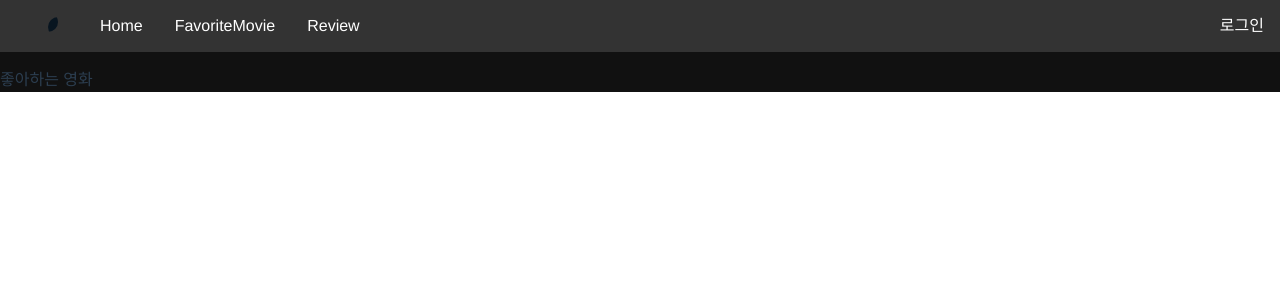
Repository: chomyoenggeun/linkedmovie
Page: /favorite-movie (app in front/)
An editor plug-in stored every save of this project. The page is shown before and after the next save, followed by the edit.
The browser window is 1280 px wide. The pictures show the whole page.
The project was rebuilt for these pictures with package versions that can differ from the ones it lists, and the page was loaded fresh each time. Also part of the build but not shown: front/vue.config.js, front/src/components/MovieCard.vue, front/src/views/Home.vue, front/src/views/accounts/Account.vue, front/src/views/accounts/Login.vue, front/src/views/accounts/Signup.vue, front/src/views/Mypage.vue, front/src/components/DmovieReviewItem.vue and 9 more.

Above is the page before, as saved 2021-11-24 05:42:21.

### front/src/main.js
import Vue from 'vue'
import App from './App.vue'
import router from './router'
import store from './store'
import vuetify from './plugins/vuetify'
import BootstrapVue from 'bootstrap-vue'
import 'bootstrap/dist/css/bootstrap.min.css'
import 'bootstrap-vue/dist/bootstrap-vue.css'

Vue.use(BootstrapVue)
Vue.config.productionTip = false

new Vue({
  router,
  store,
  vuetify,
  render: h => h(App)
}).$mount('#app')

### front/src/App.vue
<template>
  <div id="app">
    <ul class="horizontal">
      <li><router-link class="active" to="/home"><img class="size" :src="require('@/assets/sample.svg')" alt=""></router-link></li>
      <li><router-link class="active" to="/home">Home</router-link></li>
      <li><router-link class="active" to="/favorite-movie">FavoriteMovie</router-link></li>
      <li><router-link class="active" to="/review">Review</router-link></li>
      <li v-if="isLogin" class="rightli" style="float:right"><router-link class="menubt_right" to="/mypage"
      >Mypage</router-link></li>
      <li v-else class="rightli" style="float:right"><router-link class="menubt_right" to="/account"
      >로그인</router-link></li>
    </ul>

    <router-view
    @login="isLogin=true"/>
  </div>
</template>

<script>
export default {
  name : 'App',
    data: function(){
    return {
      isLogin: false,
    }
  },
  created : function(){
    const token = localStorage.getItem('jwt')
    if(token){
      this.isLogin = true
    }
  },
  methods : {
    checkLogin: function(loginState){
      this.isLogin = loginState
    }
  }

}
</script>

<style>
#app {
  font-family: Avenir, Helvetica, Arial, sans-serif;
  -webkit-font-smoothing: antialiased;
  -moz-osx-font-smoothing: grayscale;
  /* text-align: center; */
  color: #2c3e50;
  background: #111111;
}

#nav {
  padding: 30px;
}

#nav a {
  font-weight: bold;
  color: #2c3e50;
}
/* .menubt{
  padding : 20px;
  background: #255ca3;
  list-style:none;
} */

/* #nav a.router-link-exact-active {
  color: #dddddd;
} */
ul {
  list-style-type: none;
  margin: 0;
  padding: 0;
  overflow: hidden;
  background-color: #333;
}

li {
  float: left;
}

li a {
  display: block;
  color: white;
  text-align: center;
  padding: 14px 16px;
  text-decoration: none;
}

li a:hover:not(.active) {
  background-color: #111;
}

.active:hover {
  /* background-color: #04AA6D; */
  background: rgb(6,5,87);
  background: linear-gradient(180deg, rgba(6,5,87,1) 0%, rgba(43,12,69,1) 100%);
  color: #dddddd;
}
.size{
  width: 20px;
}
</style>

### front/src/router/index.js
import Vue from 'vue'
import VueRouter from 'vue-router'
import Home from '../views/Home.vue'
import Account from '../views/accounts/Account.vue'
import Login from '../views/accounts/Login.vue'
import Signup from '../views/accounts/Signup.vue'
import FavoriteMovie from '../views/FavoriteMovie.vue'
import Mypage from '../views/Mypage.vue'
import Movie from '../components/Movie.vue'
import Review from '../views/Review.vue'
import MovieReviewForm from '../components/MovieReviewForm.vue'
import MovieReviewCommunity from '../components/MovieReviewCommunity.vue'
// import MovieReviewCreate from '../components/MovieReviewCreate.vue'

Vue.use(VueRouter)

const routes = [
  {
    path: '/home',
    name: 'Home',
    component: Home
  },
  {
    path: '/favorite-movie',
    name: 'FavoriteMovie',
    component : FavoriteMovie
  },
  /////////////////////////////////
  //account//
  {
    path: '/account',
    name: 'Account',
    component : Account,
  },
  {
    path: '/account/login',
    name: 'Login',
    component : Login,
  },
  {
    path: '/account/signup',
    name: 'Signup',
    component : Signup,
  },
  //account//
  /////////////////////////////////
  {
    path: '/mypage',
    name: 'Mypage',
    component : Mypage,
  },
  {
    path: '/home/movie/:movieId',
    name: 'Movie',
    component : Movie
  },
///////////////////////////////////////////////////
//////////리뷰작성///////////
  {
    path: '/review',
    name: 'Review',
    component : Review
  },
  {
    path: '/review/create',
    name: 'MovieReviewForm',
    component : MovieReviewForm
  },
  {
    path: '/review/detail/:reviewId',
    name: 'MovieReviewCommunity',
    component: MovieReviewCommunity
  }
  ////////////////////////////////////////////////////////
  // {
  //   path: '/movie-review-create',
  //   name: 'MovieReviewCreate',
  //   component : MovieReviewCreate
  // },

]

const router = new VueRouter({
  mode: 'history',
  base: process.env.BASE_URL,
  routes
})

export default router

### front/src/store/index.js
import Vue from 'vue'
import Vuex from 'vuex'
import axios from 'axios'
import router from '../router'

Vue.use(Vuex)

export default new Vuex.Store({
  state: {
    movieCards: [],
    carosalCards : [],
    loginState : false,
    loginjwt : null,
    reviews: [],
    user : null,
    comments : [],
    moviereviews: [],
  },
  mutations: {
    // GET_LOGIN_USER: function(state,res){
    //   state.user = res

    // },
    LOAD_MOVIE_CARDS:function(state, results){
      state.movieCards = results
    },
    GET_REVIEWS:function(state, res){
      state.reviews = res
      // console.log(state.reviews)
    },
    GET_MOVIE_REVIEWS : function(state,res){
      state.moviereviews = res
    },
    CREATE_REVIEWS : function(state, res){
      state.reviews.push(res)
      // console.log(state.reviews)
    },
    UPDATE_REVIEW : function(state,reviewItem){
      state.reviews = state.reviews.map((review) => {
        if (review === reviewItem){
          return { ...review,
            title: reviewItem.titie,
            content: reviewItem.content,
            rank: reviewItem.rank
          }
        }
        return review
      })
    },
    DELETE_REVIEW : function(state, reviewItem){
      const index = state.reviews.indexOf(reviewItem)
      state.reviews.splice(index,1)
    },
    GET_COMMENTS : function(state,res){
      state.comments = res
    },
    CREATE_COMMENT : function(state, res){
      state.comments.push(res)
    },
    DELETE_COMMENT : function(state,commentItem){
      const index = state.comments.indexOf(commentItem)
      state.comments.splice(index, 1)
    }
  },
  actions: {
    // getLoginUser: function({commit},token){
    //   axios({
    //     method: 'get',
    //     url:'http://123.0.01:8000/account/api-token-auth/',
    //     headers: token,
    //   })
    //     .then(res =>{
    //       console.log(res)
    //       commit('GET_LOGIN_USER')
    //     })
    // },
    // 로그인 정보 보내기
    // Login: function(context){
    //   axios({
    //     method: 'post',
    //     url: 'http://127.0.0.1:8000/accounts/signup/',
    //     data: this.credentials
    //   })
    //     .then(()=>{
    //       console.log(context)
    //       context.commit('LOGIN',context)
    //       this.$router.push({name: 'Login'})
    //     })
    //     .catch(err =>{
    //       console.log(err)
    //     })
    // },
    // 영화 불러오기
    LoadMovieCards: function({commit},token){
      axios({
        method: 'get',
        url: 'http://127.0.0.1:8000/movies/',
        headers: token,
      })
        .then(res => {
          console.log(res.data)
          commit('LOAD_MOVIE_CARDS',res.data)
        })
    },
    LoadGenreData : function({commit},token){
      axios({
        method: 'get',
        url:`http://127.0.0.1:8000/movies/genres/`,
        headers: token,
      })
        .then(res =>{
          console.log(res.data)
          commit('LOAD_GENRE_DATA',res.data)
        })
    },
    // LikeMovie:function({commit},token){
    //   axios({
    //     method: 'put',
    //     url: 'http://127.0.0.1:8000/movies/',
    //     headers: token,
    //   })
    // },
    getReviews: function({commit},token){
      axios({
        method: 'get',
        url: `http://127.0.0.1:8000/community/`,
        headers: token,
      })
        .then(res => {
          // console.log(res.data)
          commit('GET_REVIEWS',res.data)
        })
        .catch(err => {
          console.log(err)
        })
    },
    createReviews: function({commit},object){
      axios({
        method: 'post',
        url:'http://127.0.0.1:8000/community/',
        headers: object.token,
        data: object.reviewItem,
      })
        .then(res => {
          console.log(res)
          commit('CREATE_REVIEWS')
          router.push({ name:'Review' })
          router.go()
        })
        .catch(err => {
          console.log(err)
        })
    },
    updateReview: function({commit},object){
      axios({
        method: 'PUT',
        url:`http://127.0.0.1:8000/community/${object.review_id}/`,
        data:object.reviewItem,
        headers: object.token
      })
        .then(() => {
          commit('UPDATE_REVIEW')
        })
        .catch(err => {
          console.log(err)
        })
    },
    deleteReview({commit},object){
      axios({
        method: 'DELETE',
        url:`http://127.0.0.1:8000/community/${object.review_id}/`,
        headers: object.token,

      })
        .then(res=>{
          console.log(res)
          commit('DELETE_REVIEW')
        })
        .catch(err =>{
          console.log(err)
        })
    },
    getComments({commit},object){
      axios({
        method: 'GET',
        url:`http://127.0.0.1:8000/community/${object.review_id}/comments/`,
        headers: object.token,

      })
        .then((res) => {
          // console.log(object.review_id)
          // console.log(res)
          commit('GET_COMMENTS',res.data)
        })
        .catch(err => {
          console.log(err)
        })
    },
    createComment({commit},object){
      axios({
        method: 'POST',
        url:`http://127.0.0.1:8000/community/${object.review_id}/comments/`,
        data: object.commentItem,
        headers: object.token,
      })
        .then((res) =>{
          commit('CREATE_COMMENT', res.data)
        })
        .catch(err =>{
          console.log(err)
        })
    },
    deleteComment({commit},object){
      axios({
        method:'DELETE',
        url: `http://127.0.0.1:8000/community/comments/${object.comment_id}/`,
        headers: object.token
      })
        .then((res)=>{
          console.log(res)
          commit('DELETE_COMMENT',res.data)
          router.go()
        })
        .catch(err =>{
          console.log(err)
        })
    },
    getMovieReviews({commit},object){
      axios({
        method: 'GET',
        url:`http://127.0.0.1:8000/movies/moviereviews/`,
        headers: object.token,
      })
        .then((res) => {
          // console.log(object.review_id)
          // console.log(res)
          commit('GET_MOVIE_REVIEWS',res.data)
        })
        .catch(err => {
          console.log(err)
        })
    }
  },

  modules: {
  }
})

### front/src/views/FavoriteMovie.vue
<template>
  <div>
    <div>좋아하는 영화</div>
  </div>
</template>

<script>
export default {

}
</script>

<style>

</style>

### front/src/components/Movie.vue
<template>
  <div>
    <h1>영화 디테일 페이지</h1>
    <div
    v-for="movieCard in movieCards"
    :key="movieCard.id"
    :movieCard="movieCard">
      <div v-if="movieCard.id == movieUrlNum" class="movie-box">
        <div class="movie-poster">
          <img :src="`https://image.tmdb.org/t/p/original${movieCard.poster_path}`">
        </div>
        <div class="movie-overview">
          <h1>{{ movieCard.title }}</h1>
          <p v-for="genre in movieCard.genres"
          :key="genre">장르 : {{ genre }}</p>
          {{ movieCard.genres.length }}
          <p>개봉일 : {{ movieCard.release_date }}</p>
          <p>스토리: {{ movieCard.overview }}</p>
          <!-- <p>이 영화를 좋아하는 사람 : {{ like_users }}</p> -->
        </div>
      </div>
    </div>
    <div class="review-box">
      <!-- <movie-review></movie-review> -->
      <dmovie-review-list></dmovie-review-list>
    </div>
  </div>
</template>

<script>
import DmovieReviewList from '@/components/DmovieReviewList.vue'
import { mapState } from 'vuex'

export default {
  name: 'Movie',
  components:{
    DmovieReviewList
    // MovieReview,
  },
  data:function(){
    return{
      movieUrlNum : null,
      // genre : []
    }
  },
  created: function(){
  this.$store.dispatch('LoadMovieCards',this.setToken())
  // this.$store.dispatch('LoadGenreData',this.setToken())

  let movieUrl = window.location.href.split("movie/")[1]
  this.movieUrlNum = movieUrl

  console.log(this.movieCard)

  },
  methods :{
    setToken : function(){
      const token = localStorage.getItem('jwt')
      const config = {
        Authorization: `JWT ${token}`
      }
      return config
    },
  },
    computed:{
    ...mapState(['movieCards']),
  },
}
</script>

<style>
img {
  width:400px;
}
.movie-poster{
  float: left;
}
.movie-ovierview{
  float: left;
}
.movie-box{
  clear: both;
}
.review-box{
  clear:both;

}
</style>

Loaded but not shown: front/public/index.html (common file); front/src/plugins/vuetify.js (common file)

After the next save:
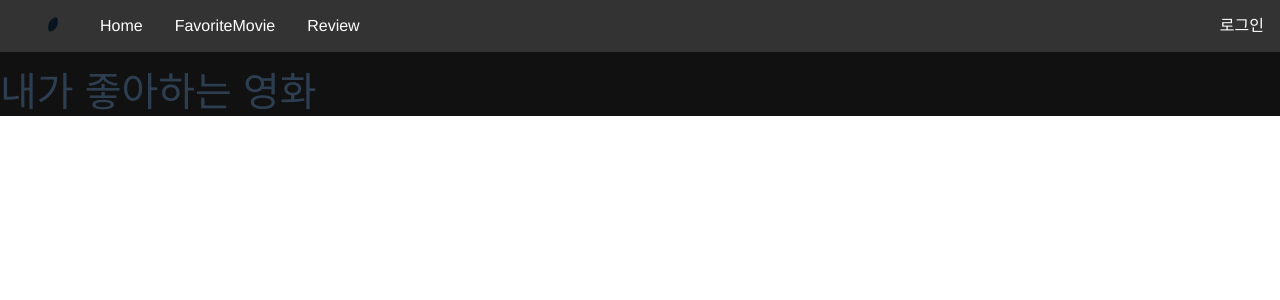
Saved 83 s later.
--- a/front/src/views/FavoriteMovie.vue
+++ b/front/src/views/FavoriteMovie.vue
@@ -1,6 +1,6 @@
 <template>
   <div>
-    <div>좋아하는 영화</div>
+    <h1>내가 좋아하는 영화</h1>
   </div>
 </template>
 
